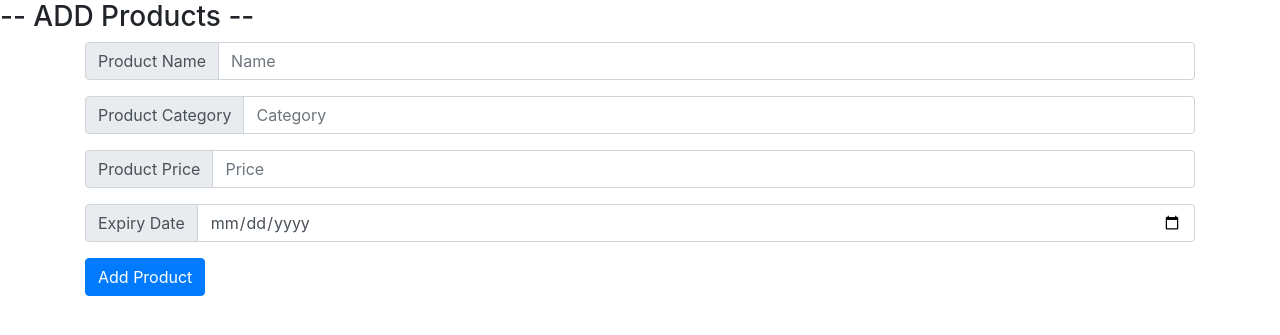
Repository: anikshaShetty/spring-boot
Page: Desktop/test1/springbootemp/src/main/resources/static/view.html
These files come from the project's save history. The page is drawn as it stood at one moment and after the next save; the edit follows.
The browser window is 1280 px wide. The pictures show the whole page.

Above is the page before, as saved 2020-02-15 09:10:44.

After the next save:
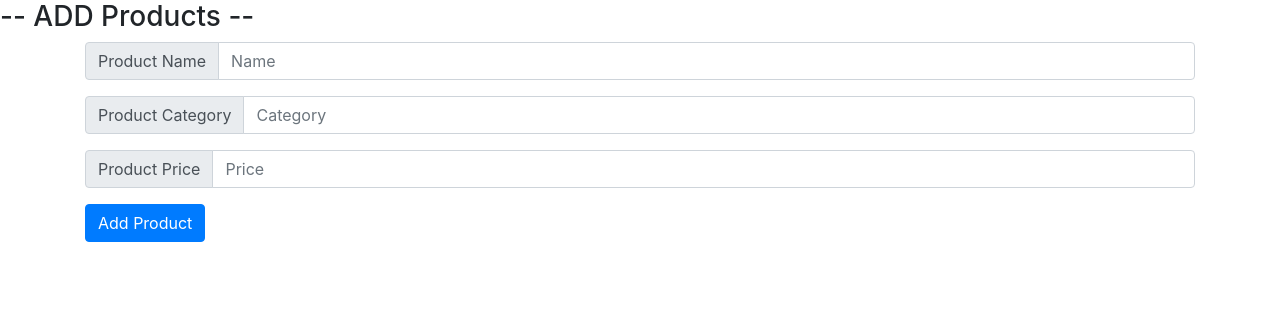
Saved 77 s later.
--- a/Desktop/test1/springbootemp/src/main/resources/static/view.html
+++ b/Desktop/test1/springbootemp/src/main/resources/static/view.html
@@ -35,13 +35,6 @@
                 aria-describedby="basic-addon1">
         </div>
 
-        <div class="input-group mb-3">
-            <div class="input-group-prepend">
-                <span class="input-group-text" id="basic-addon1">Expiry Date</span>
-            </div>
-            <input id="date" type="date" class="form-control" placeholder="Expiry Date" aria-label="Username"
-                aria-describedby="basic-addon1">
-        </div>
 
         <div class="input-group mb-3">
 
